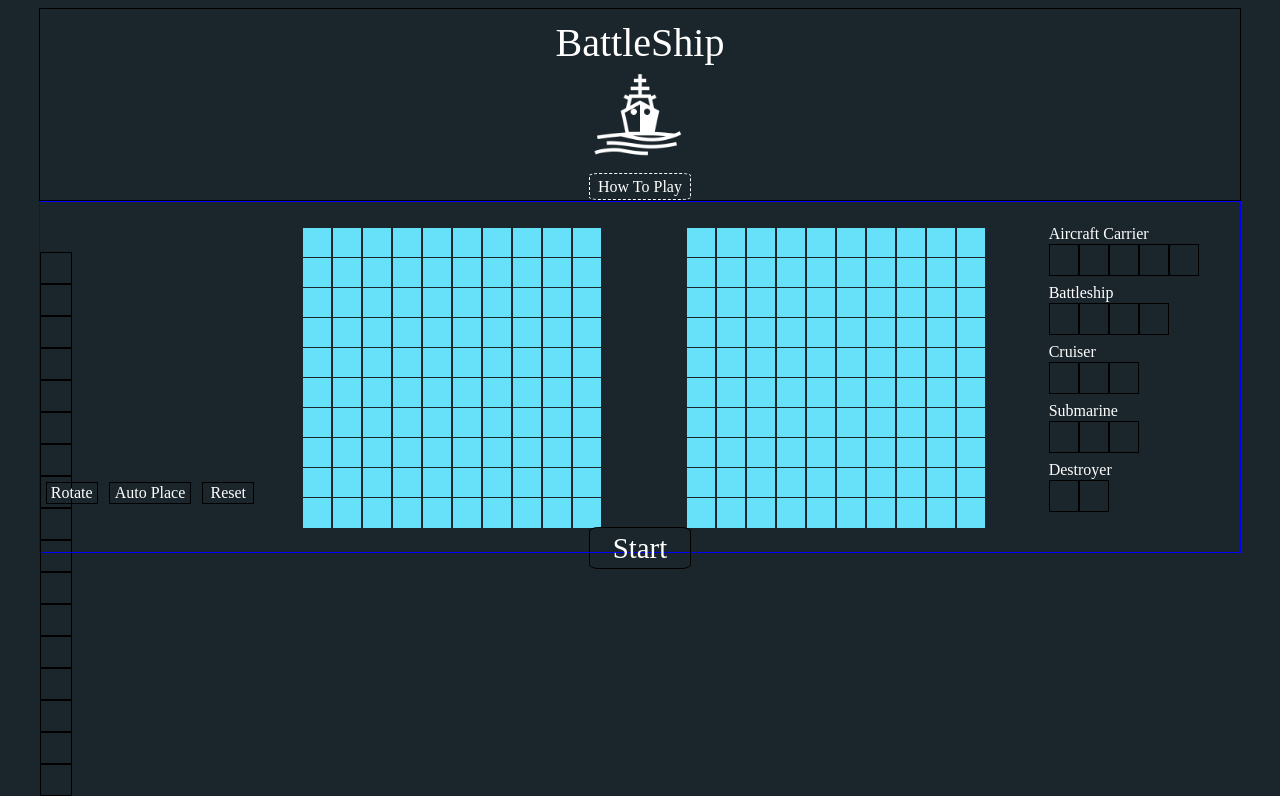
Repository: J-Haze/BattleshipApp
Page: /
The author's editor kept a copy of each file at every save. The page is drawn from the files as they stood at one save, then again after the next save.
The browser window is 1280 px wide. The pictures show the whole page.
The project was rebuilt for these pictures with package versions that can differ from the ones it lists, and the page was loaded fresh each time. Also part of the build but not shown: src/index.css, src/Components/ModalEnd.js, src/Components/ModalHowTo.js.

Above is the page before, as saved 2020-09-26 20:28:06.

After the next save:
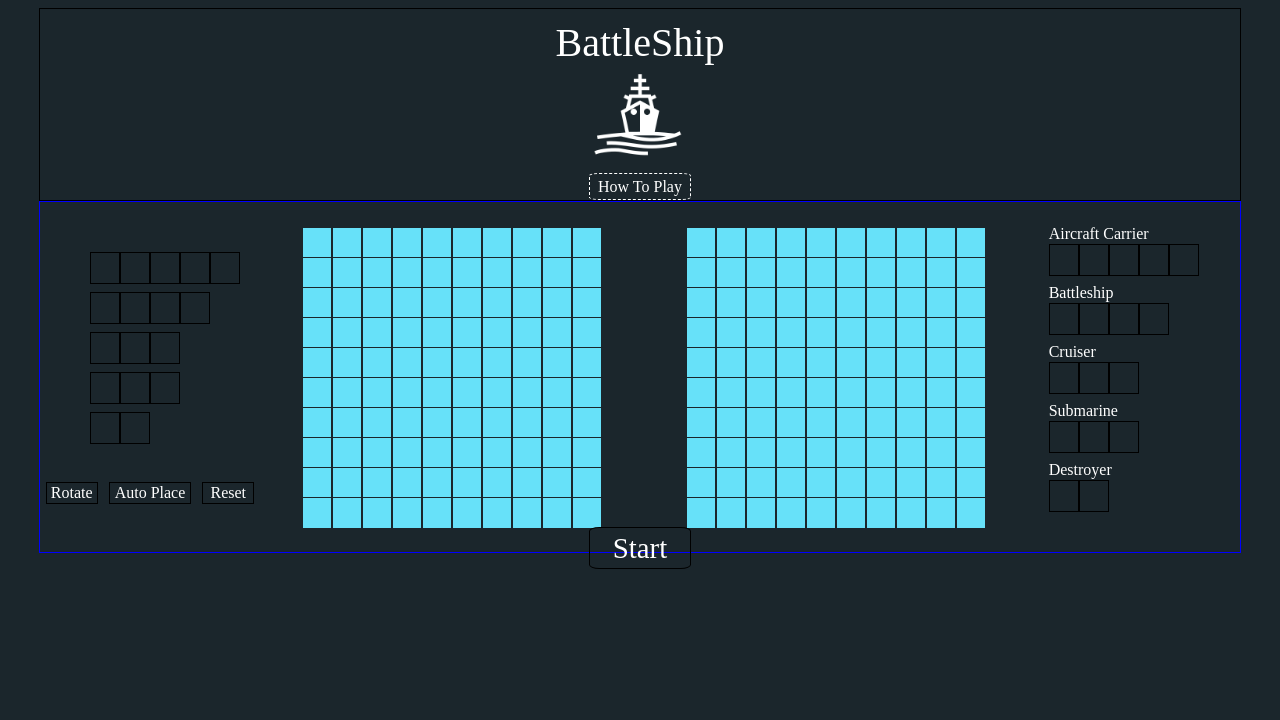
Saved 29 s later.
--- a/src/App.css
+++ b/src/App.css
@@ -225,17 +225,25 @@ header {
     border: none;
 }
 
+.ship-harbor-horizontal-player{
+    display: flex;
+    height: 30px;
+    margin-bottom: 10px;
+    margin-left: 50px;
+    border: none;
+}
+
 #setup{
     margin-left: auto;
     margin-right: auto;
-        justify-content: center;
+    justify-content: center;
     align-items: center;
 }
 
 #setup-container{
     margin-left: auto;
     margin-right: auto;
-        justify-content: center;
+    justify-content: center;
     align-items: center;
 }
 
